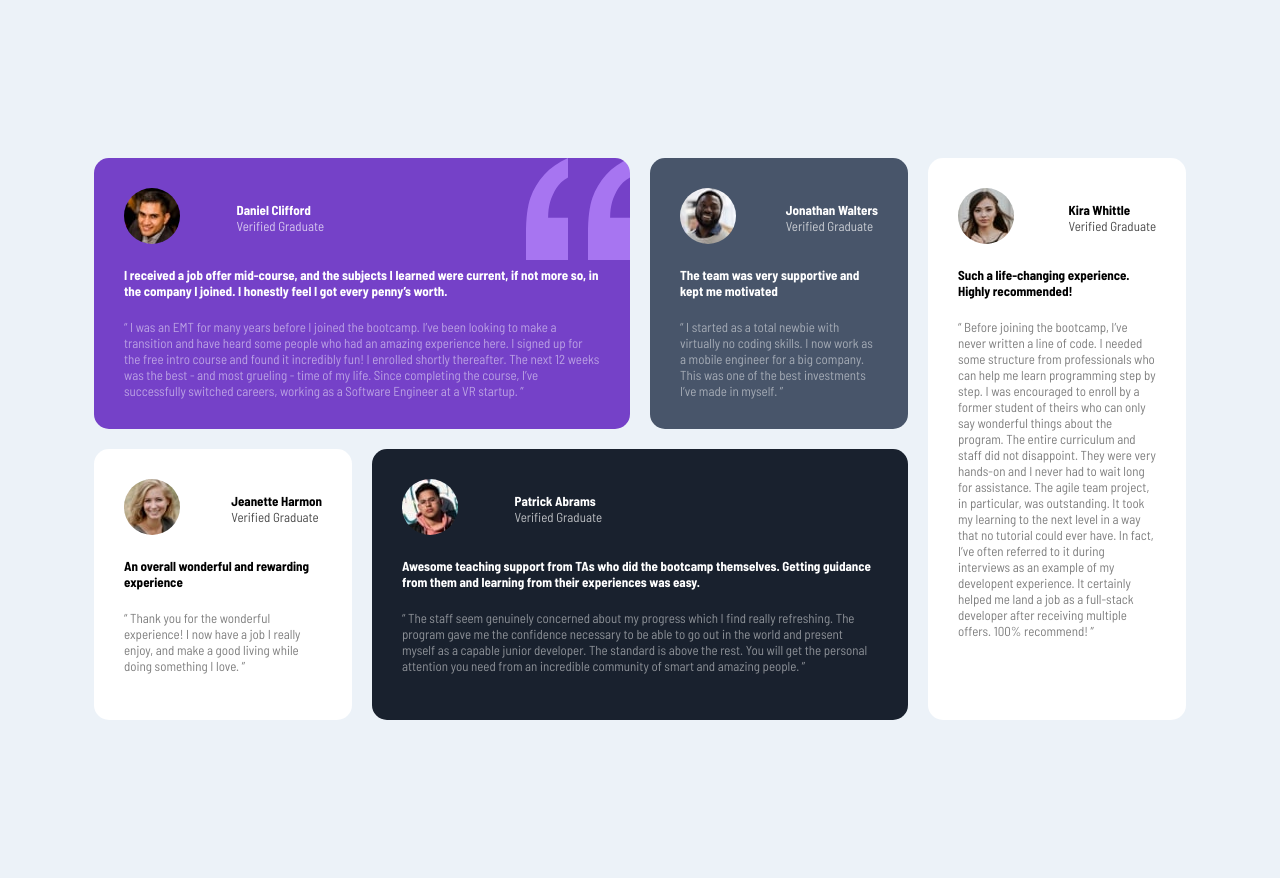
Repository: Toqa-25/testimonials
Page: index.html
These files come from the project's save history. The page is drawn as it stood at one moment and after a run of saves; the edit follows.
The browser window is 1280 px wide. The pictures show the whole page.

Above is the page before, as saved 2021-11-04 13:24:35.

After the next 2 saves:
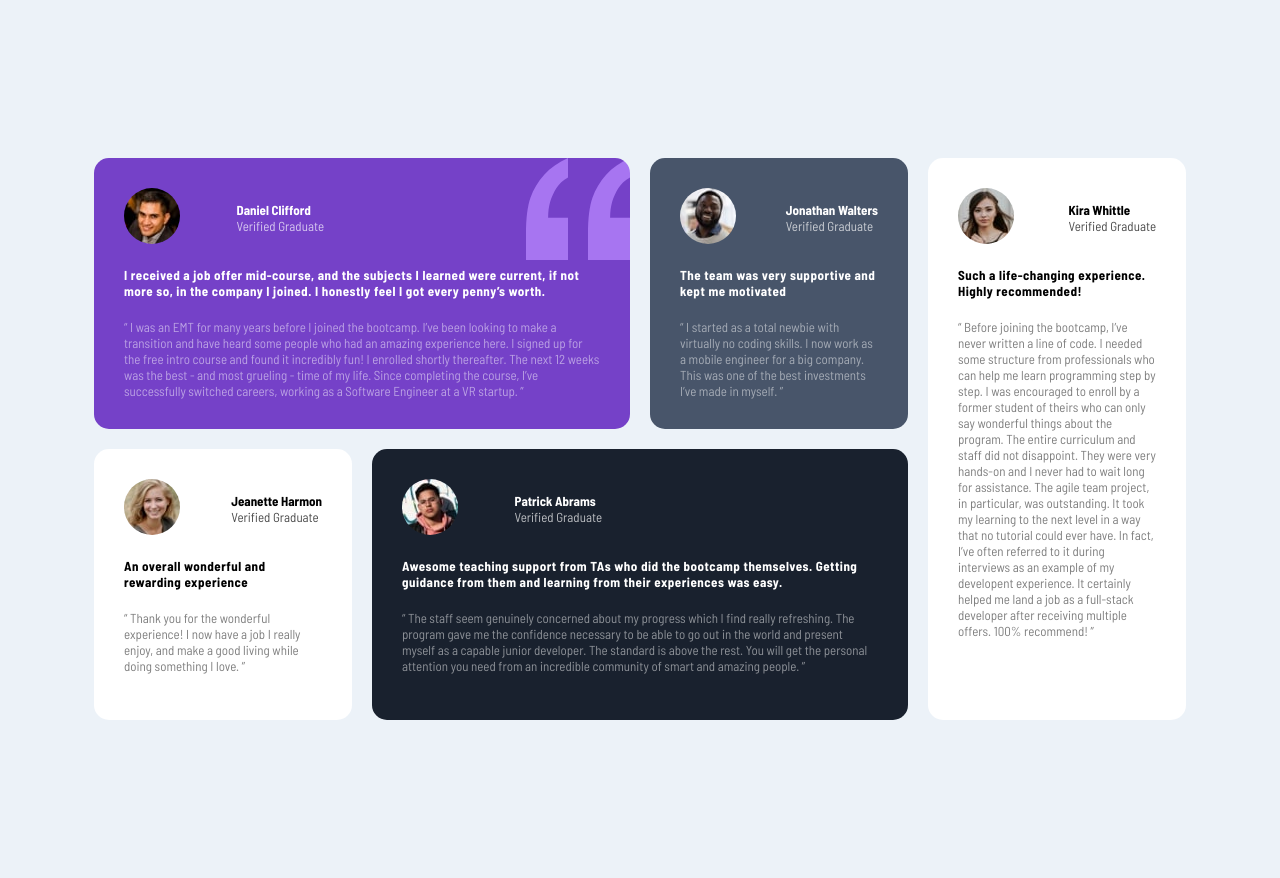
The 2 saves are shown as one change because they came seconds apart.
The last was saved 3 min 11 s later.
--- a/css/style.css
+++ b/css/style.css
@@ -58,6 +58,7 @@
 }
 .bold-text{
     margin: 20px 0;
+    letter-spacing: .5px;
 }
 .item-img img{
  border-radius: 50%;
